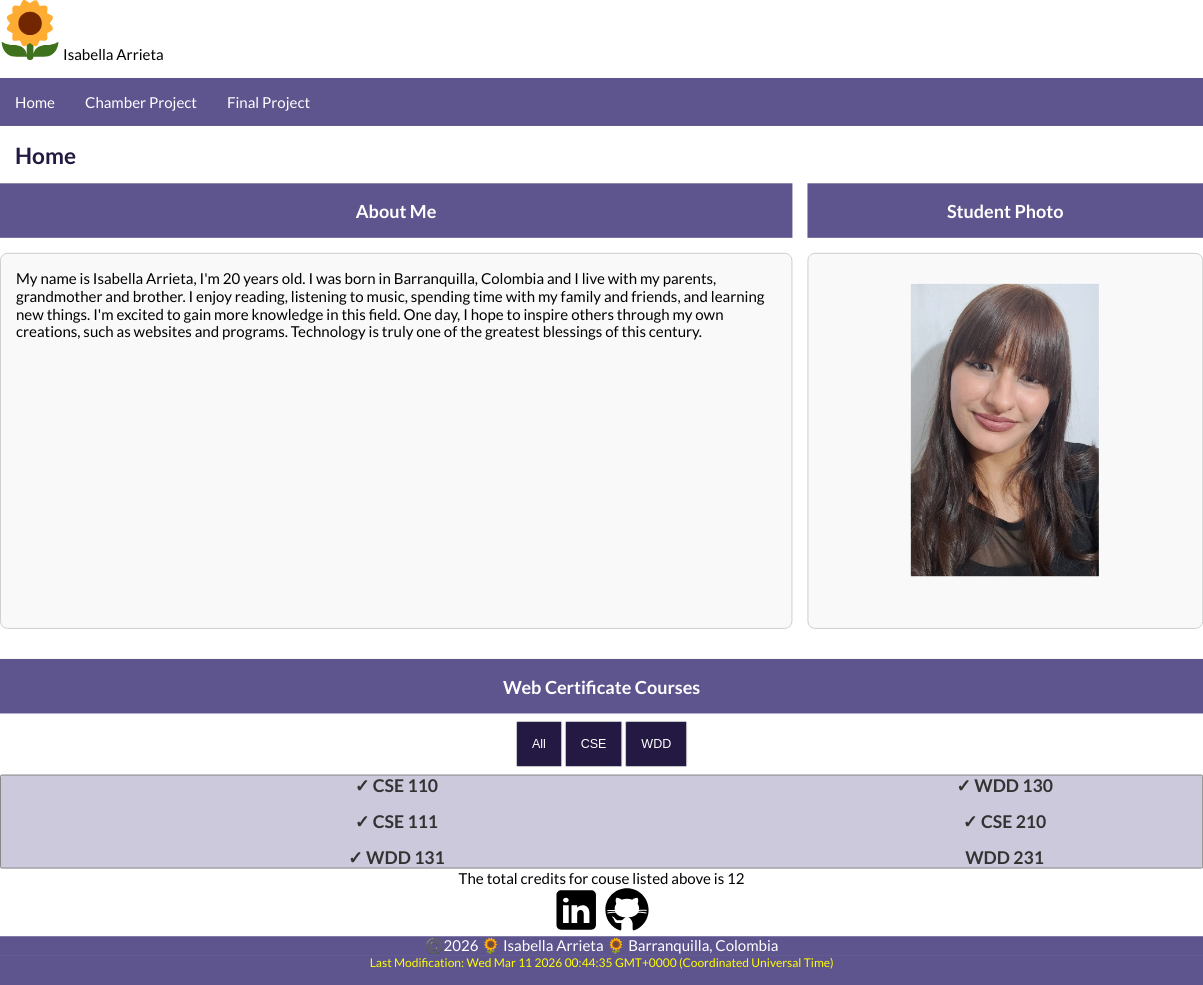
Repository: isaAJ05/wdd231
Page: index.html
These files come from the project's save history. The page is drawn as it stood at one moment and after the next save; the edit follows.
The browser window is 1280 px wide. The pictures show the whole page, at 94% of full size.
Some web fonts or font styles are not loaded; a fallback is used.

Above is the page before, as saved 2026-03-11 01:01:02.

### index.html
<!DOCTYPE html>
<html lang="en">
<head>
    <meta charset="UTF-8">
    <meta name="viewport" content="width=device-width, initial-scale=1.0">
    <title>WDD 231 – Web Frontend Development I – Isabella Arrieta</title>
    <meta name="description" content="WDD 231 – Web Frontend Development I Isabella Arrieta, This is a page about me">
    <meta name="author" content="Isabella Arrieta">
    <link rel="stylesheet" href="styles/normalize.css">
    <link rel="preconnect" href="https://fonts.googleapis.com">
    <link rel="preconnect" href="https://fonts.gstatic.com" crossorigin>
    <link href="https://fonts.googleapis.com/css2?family=Lato:ital,wght@0,100;0,300;0,400;0,700;0,900;1,100;1,300;1,400;1,700;1,900&family=Open+Sans:ital,wght@0,300..800;1,300..800&family=Play:wght@400;700&family=Raleway:ital,wght@0,100..900;1,100..900&display=swap" rel="stylesheet">
    <script src="scripts/getdates.js" defer></script>
    <script src="scripts/hamburguer.js" defer></script>
    <script src="scripts/courses.js" defer></script>
</head>
<body>
    <header>
        <div class="title">
            <img src="images/sunflower-svgrepo-com.svg" alt="Isabella Arrieta logo">
            <span>Isabella Arrieta</span>
        </div>
        <button id="menu" aria-label="Open menu"></button>
        <nav>
            <ul class="navigation">
			<li><a href="index.html">Home</a></li>
			<li><a href="#" class="chamber">Chamber Project</a></li>
			<li><a href="#" class="final">Final Project</a></li>
		</ul>
        </nav>
    </header>
    <main>
        <h1>Home</h1>
        <section>
         <div class="rectangle">
            <h2>About Me</h2>
            </div>
        <div class="card">
            <p>My name is Isabella Arrieta, I'm 20 years old. I was born in Barranquilla, Colombia and I live with my parents, grandmother and brother. I enjoy reading, listening to music, spending time with my family and friends, and learning new things. I'm excited to gain more knowledge in this field. One day, I hope to inspire others through my own creations, such as websites and programs. Technology is truly one of the greatest blessings of this century.</p>
        </div>
        </section>
        <section>
            <div class="rectangle">
                <h2>Student Photo</h2>
            </div>
            <div class="card">
                <img src="images/isa.jpg" alt="Isabella Arrieta picture">
            </div>
        </section>
        <section>
            <div class="rectangle">
                <h2>Web Certificate Courses</h2>
            </div>
            <div class="course-buttons">
                <button id="all">All</button>
                <button id="cse">CSE</button>
                <button id="wdd">WDD</button>
            </div>
            <div id="courses"></div>
            <p>The total credits for couse listed above is <span id="totalCredits"></span></p>

        </section>
    </main>
    <footer>
        <div class ="icons">
                <a href="https://www.linkedin.com/in/isabella-arrieta/" target="_blank"><img src="images/icons8-linkedin.svg" alt="LinkedIn icon"></a>
                <a href="https://github.com/isaaj05" target="_blank"><img src="images/icons8-github.svg" alt="GitHub icon"></a>
        </div>
        <p>
            ©️<span id="currentyear"></span> 🌻 Isabella Arrieta 🌻 Barranquilla, Colombia
        </p>
        <p class="last-modified">
            <span id="lastModified"></span>
        </p>
    </footer>

</body>
</html>

### styles/normalize.css
:root {
    --primary-color: #231942;
    --secondary-color: #5e548e;
    --font: "Lato", sans-serif;
}
* {
	margin: 0;
	padding: 0;
	box-sizing: border-box;
}
body{
	font-family: var(--font);
}
h1 {
	text-align: left;
	color: var(--primary-color);
	font-size: 1.5rem;
	margin-left: 1rem;
	position: left;
}

h2 {
	font-size: 1.2rem;
	color: #fff;
	text-align: center;
	margin: 1rem;
	}
header {
    position: relative;

}
nav {
	margin: 1rem auto;
}

/* small view navigation */
#menu {
	font-size: 1.5rem;
	border: 0;
	background: none;
	color: #000;
 	position: absolute;
  top: 1rem;
	right: 1rem;
}

#menu::before {
	content: "☰";
}

#menu.open::before {
	content: "✖️";
}

.navigation {
	display: flex;
	flex-direction: column;
	list-style: none;
	background-color: var(--secondary-color);
	color: #fff;
}

.navigation a {
	display: none;
	padding: 1rem;
	text-align: center;
	text-decoration: none;
	color: #fff;
}
.navigation a:hover {
	background-color: #bbb;
	color: #333;
	font-weight: 700;
}

/* when the button is clicked - the open class is toggled (added/removed) */
.open a {
	display: block;
}

.active::before {
	content: "📍";  /* just a wayfinding symbol for the user */
}

.card {
	border: 1px solid #ccc;
	border-radius: 8px;
	padding: 1rem;
	margin: 1rem auto;
	height: 400px;
	background-color: #f9f9f9;
}


.rectangle{
	padding: 0.1rem;
	background-color: var(--secondary-color);

}

.card img{
	width: 200px;
	height: auto;
	display: block;
	margin: 1rem auto;
}
#all, #cse , #wdd {
	background-color: var(--primary-color);
	color: #fff;
	cursor: pointer;
	border: 1px solid #ccc;
	border-radius: 2px;
	padding:  1rem;
	margin-top: 0.5rem;
	margin-bottom: 0.5rem;

}

#all:hover, #cse:hover , #wdd:hover {
	background-color: #ccc9dc;
    cursor: pointer;
	border: 1px solid gray;
	border-radius: 2px;
	color: #333;
	font-weight: 700;
}
#courses{
	display: grid;
    grid-template-columns: 2fr 1fr;
    gap: 1rem;
	background-color: #ccc9dc;
    cursor: pointer;
	border: 1px solid gray;
	border-radius: 2px;
	color: #333;
	font-weight: 700;
}
footer {
    color:  #fff;
    text-align: center;
}
footer p {
    background: var(--secondary-color);
}
.last-modified {
    font-size: 0.8rem;
    color: yellow;
	padding-bottom: 1rem;
}

/* large view navigation ************************************/
@media (min-width: 37.5em) {

	 main {
        display: grid;
        grid-template-columns: 2fr 1fr;
        gap: 1rem;

    }

    main h1 {
        grid-column: 1 / -1;
    }

	main section:last-of-type {
    grid-column: 1 / -1;
	text-align: center;
    }

	#menu {
		display: none; /* hide hamburger button */
	}

	.navigation {
		flex-direction: row;
	}

	.navigation a {
		display: block;
		flex: 1 1 100%;
	}

}

### scripts/getdates.js
const year = document.querySelector("#currentyear");
const today = new Date();
year.innerHTML = `<span class="highlight">${today.getFullYear()}</span>`;
const lastMod = document.querySelector("#lastModified");
let oLastModif = new Date(document.lastModified);
lastMod.innerHTML = `Last Modification: <span class="highlight">${oLastModif}</span>`;

### scripts/hamburguer.js
const hamButton = document.querySelector('#menu');
const navigation = document.querySelector('.navigation');
const title = document.querySelector('.title');

hamButton.addEventListener('click', () => {
	navigation.classList.toggle('open');
    hamButton.classList.toggle('open');
    title.classList.toggle('open');
});

### scripts/courses.js
// here we select the elements we need to interact with
const courseContainer = document.querySelector("#courses"); // container for the course cards
const totalCredits = document.querySelector("#totalCredits"); // element to display total credits
// buttons to filter courses
const allBtn = document.querySelector("#all");
const cseBtn = document.querySelector("#cse");
const wddBtn = document.querySelector("#wdd");
// array given by the university with all the courses in the web certificate program
const courses = [
    {
        subject: 'CSE',
        number: 110,
        title: 'Introduction to Programming',
        credits: 2,
        certificate: 'Web and Computer Programming',
        description: 'This course will introduce students to programming. It will introduce the building blocks of programming languages (variables, decisions, calculations, loops, array, and input/output) and use them to solve problems.',
        technology: [
            'Python'
        ],
        completed: true
    },
    {
        subject: 'WDD',
        number: 130,
        title: 'Web Fundamentals',
        credits: 2,
        certificate: 'Web and Computer Programming',
        description: 'This course introduces students to the World Wide Web and to careers in web site design and development. The course is hands on with students actually participating in simple web designs and programming. It is anticipated that students who complete this course will understand the fields of web design and development and will have a good idea if they want to pursue this degree as a major.',
        technology: [
            'HTML',
            'CSS'
        ],
        completed: true
    },
    {
        subject: 'CSE',
        number: 111,
        title: 'Programming with Functions',
        credits: 2,
        certificate: 'Web and Computer Programming',
        description: 'CSE 111 students become more organized, efficient, and powerful computer programmers by learning to research and call functions written by others; to write, call , debug, and test their own functions; and to handle errors within functions. CSE 111 students write programs with functions to solve problems in many disciplines, including business, physical science, human performance, and humanities.',
        technology: [
            'Python'
        ],
        completed: true
    },
    {
        subject: 'CSE',
        number: 210,
        title: 'Programming with Classes',
        credits: 2,
        certificate: 'Web and Computer Programming',
        description: 'This course will introduce the notion of classes and objects. It will present encapsulation at a conceptual level. It will also work with inheritance and polymorphism.',
        technology: [
            'C#'
        ],
        completed: true
    },
    {
        subject: 'WDD',
        number: 131,
        title: 'Dynamic Web Fundamentals',
        credits: 2,
        certificate: 'Web and Computer Programming',
        description: 'This course builds on prior experience in Web Fundamentals and programming. Students will learn to create dynamic websites that use JavaScript to respond to events, update content, and create responsive user experiences.',
        technology: [
            'HTML',
            'CSS',
            'JavaScript'
        ],
        completed: true
    },
    {
        subject: 'WDD',
        number: 231,
        title: 'Frontend Web Development I',
        credits: 2,
        certificate: 'Web and Computer Programming',
        description: 'This course builds on prior experience with Dynamic Web Fundamentals and programming. Students will focus on user experience, accessibility, compliance, performance optimization, and basic API usage.',
        technology: [
            'HTML',
            'CSS',
            'JavaScript'
        ],
        completed: false
    }
]
// function to display the courses on the page
function displayCourses(courseList) {
    courseContainer.innerHTML = ""; // clear the container before adding new courses

    courseList.forEach(course => {
        const card = document.createElement("div"); // create a card for each course
        card.classList.add("course-card");

        if (course.completed) {
            card.classList.add("completed");// add a class to indicate the course is completed
        }

        card.innerHTML = `
            <h3>${course.completed ? '✓' : ''} ${course.subject} ${course.number}</h3>
        `;

        courseContainer.appendChild(card); // add the card to the container
    });

    calculateCredits(courseList);
}
function calculateCredits(courseList) {
    const total = courseList.reduce((sum, course) => sum + course.credits, 0); // calculate the total credits by summing the credits of all courses in the list
    totalCredits.textContent = total;
}

allBtn.addEventListener("click", () => {
    displayCourses(courses);
});

cseBtn.addEventListener("click", () => {
    const cseCourses = courses.filter(course => course.subject === "CSE");
    displayCourses(cseCourses);
});

wddBtn.addEventListener("click", () => {
    const wddCourses = courses.filter(course => course.subject === "WDD");
    displayCourses(wddCourses);
});

displayCourses(courses);

After the next save:
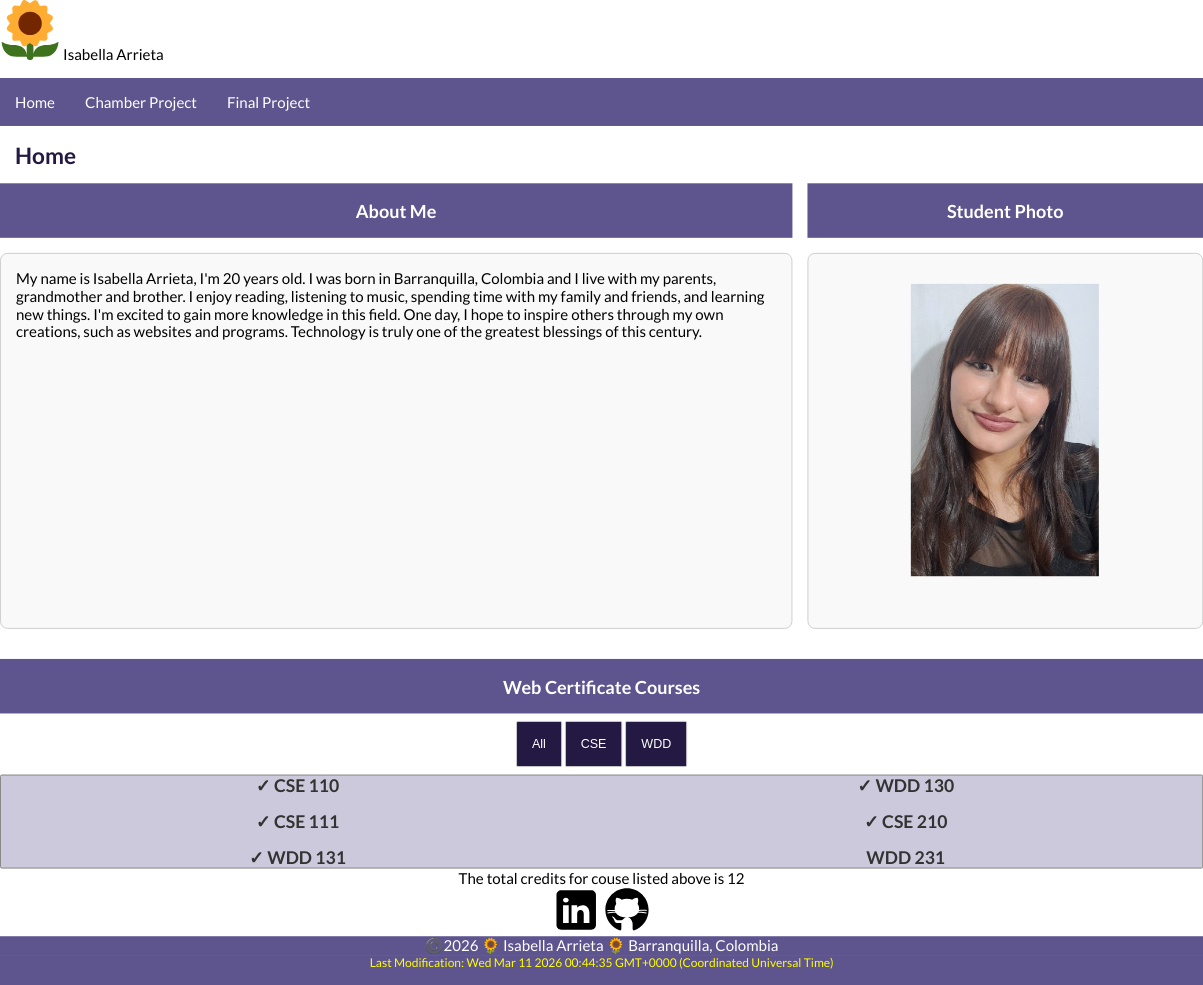
Saved 6 s later.
--- a/styles/normalize.css
+++ b/styles/normalize.css
@@ -126,7 +126,7 @@ nav {
 }
 #courses{
 	display: grid;
-    grid-template-columns: 2fr 1fr;
+    grid-template-columns: 1fr 1fr;
     gap: 1rem;
 	background-color: #ccc9dc;
     cursor: pointer;
